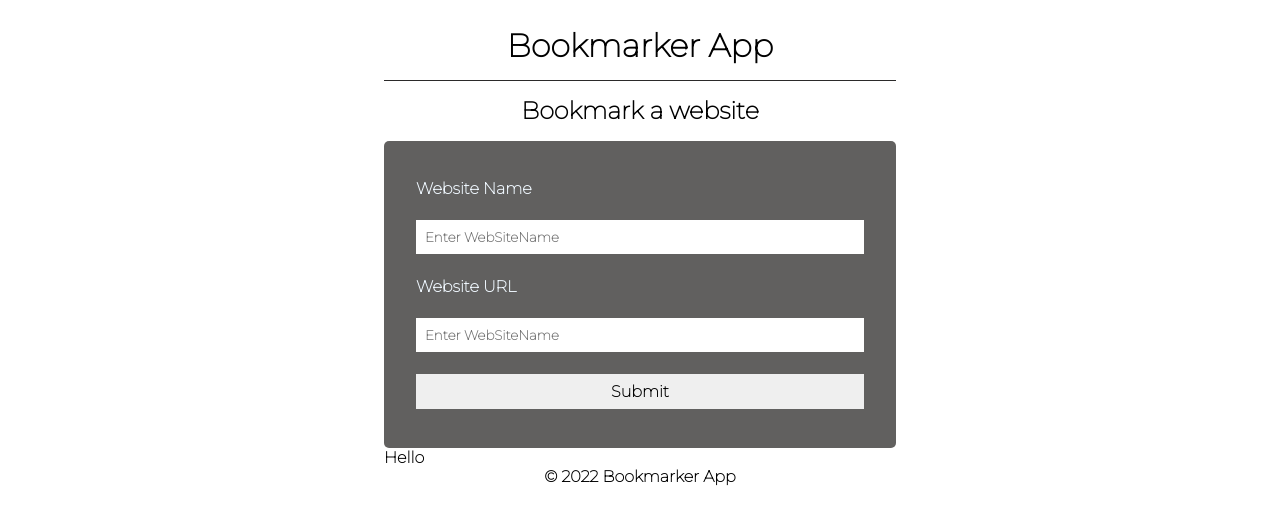
Repository: Suporl9/BookMarkerApp
Page: index.html
An editor plug-in stored every save of this project. The page is shown before and after the next save, followed by the edit.
The browser window is 1280 px wide. The pictures show the whole page.

Above is the page before, as saved 2021-11-21 21:21:47.

After the next save:
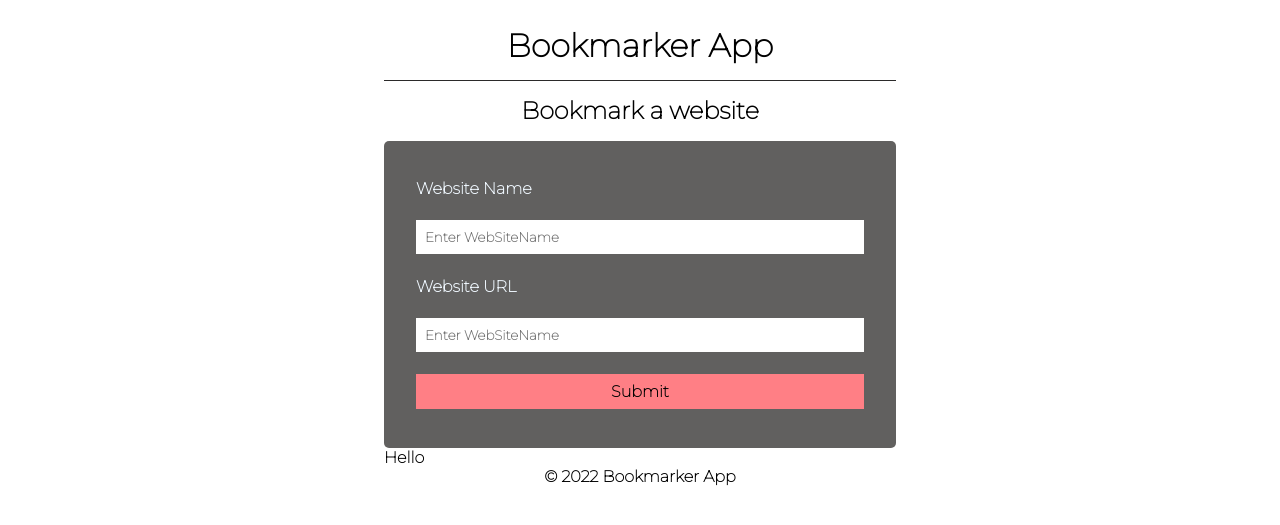
Saved 23 s later.
--- a/style.css
+++ b/style.css
@@ -79,6 +79,7 @@ body {
   /* font-size: 14px; */
   font-size: 16px;
   font-weight: 900;
+  background-color: rgb(255, 127, 133);
 }
 .inpClass {
   margin-top: 5%;
